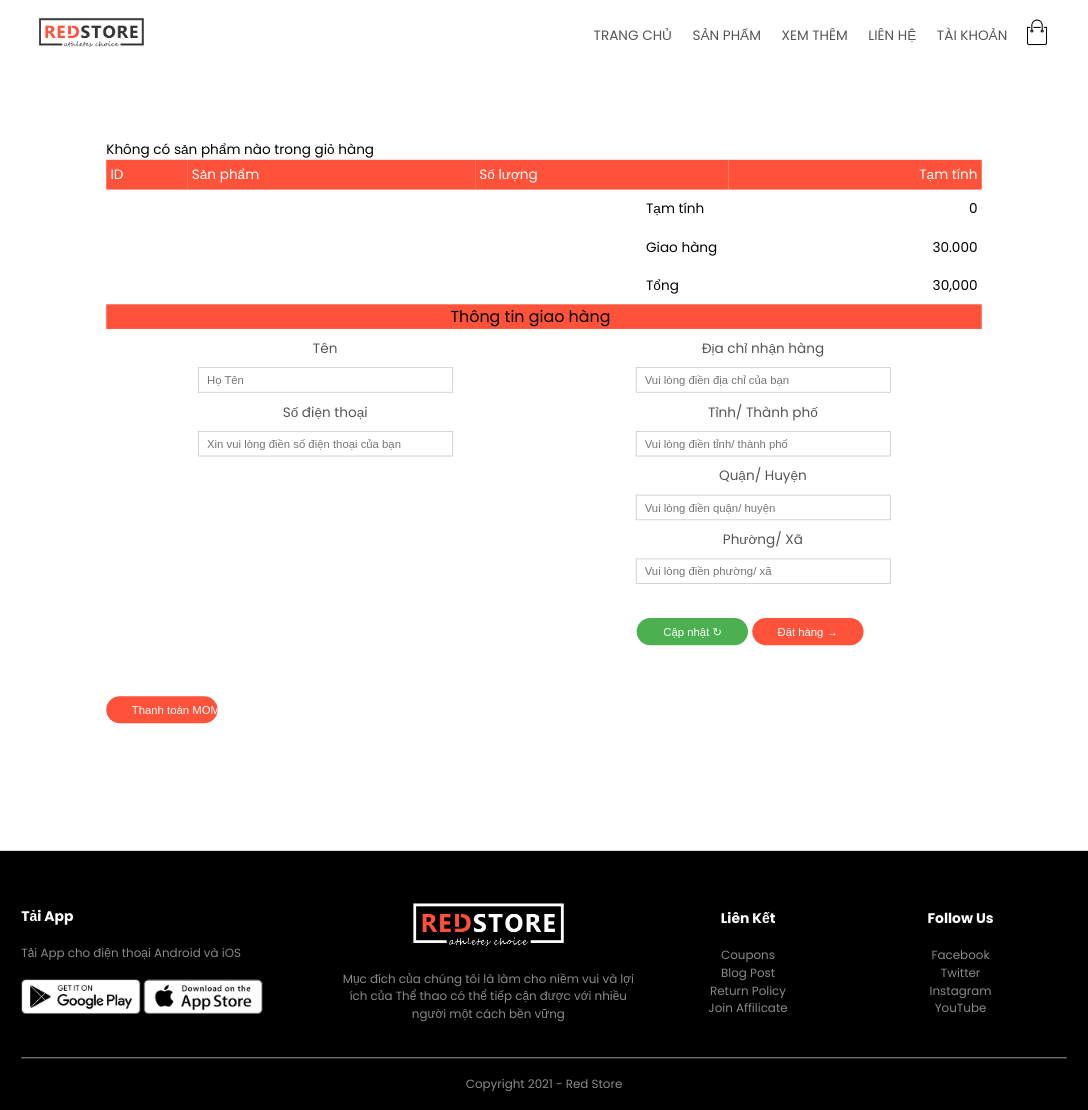
Repository: trongnk2001/RedStore
Page: http://localhost/RedStore/cart.php?action=submit
An editor plug-in stored every save of this project. The page is shown before and after the next save, followed by the edit.
The browser window is 1280 px wide. The pictures show the whole page, at 85% of full size.
Some web libraries are served in a nearby version. The page is run by PHP 8.4 with error messages shown; the project is at /var/www/html/.

Above is the page before, as saved 2022-05-30 10:25:36.

After the next save:
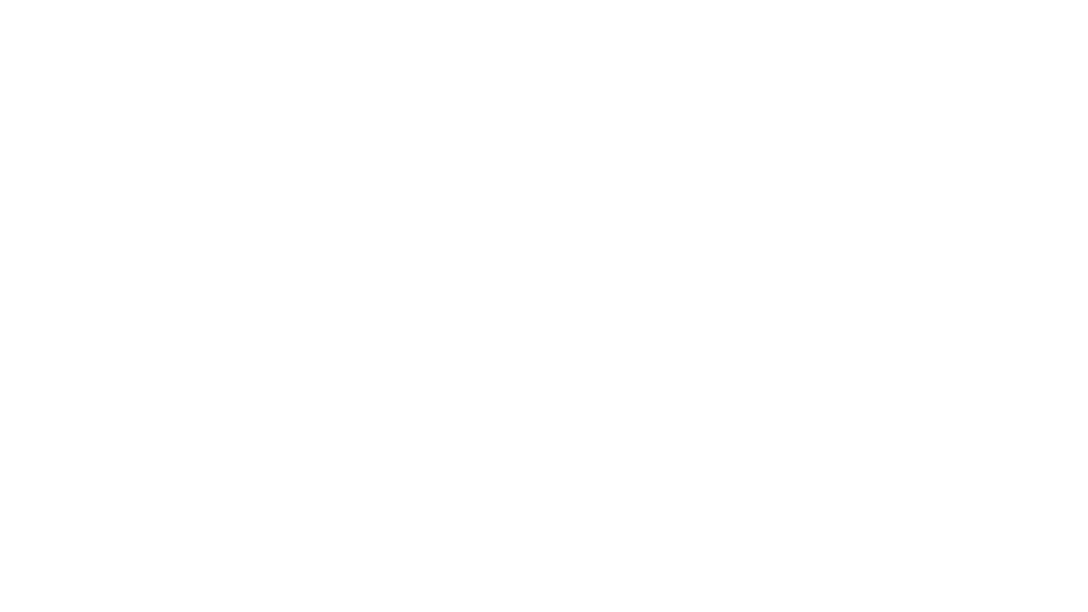
Saved 103 s later.
--- a/cart.php
+++ b/cart.php
@@ -43,7 +43,9 @@
                 $error = false;
                 $success = false;
                  if(isset($_GET['action'])){
-                     $id_post = $_POST['id'];
+                    for($i = 0;$i<count($_SESSION['cart']);$i++){
+                     $id_post = $_SESSION['cart'][$i]['id'];
+                     echo $id_post;
                      $name = $_POST['name'];
                      $address = $_POST['address'];
                      $city = $_POST['city'];
@@ -114,7 +116,7 @@
                             }
 
                 }}
-
+            }
 
             ?>
 <!DOCTYPE html>

After the 6 saves that followed:
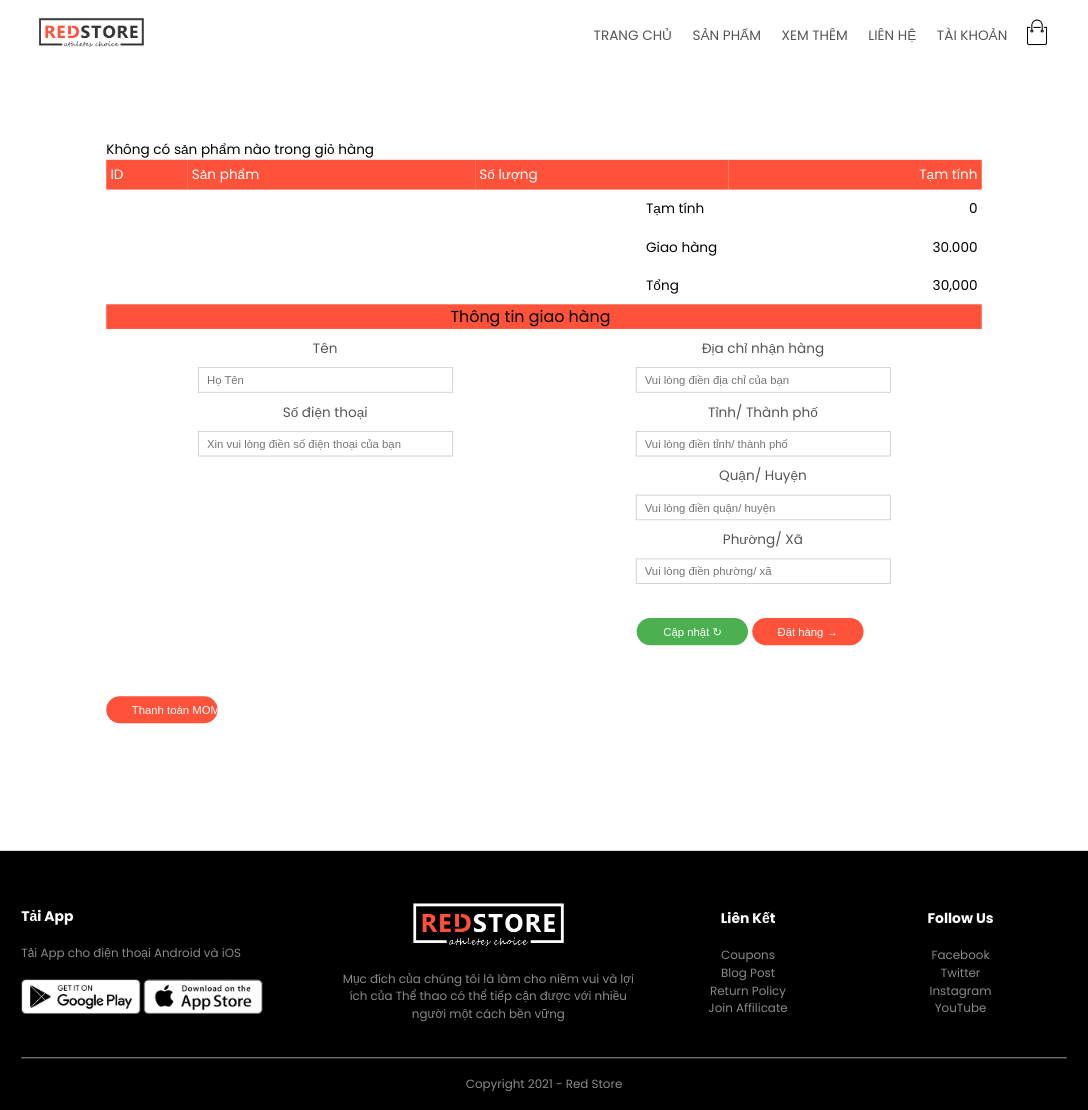
The 6 saves are shown as one change because 5 left the picture as it was.
The last was saved 5 min 3 s later.
--- a/cart.php
+++ b/cart.php
@@ -43,9 +43,6 @@
                 $error = false;
                 $success = false;
                  if(isset($_GET['action'])){
-                    for($i = 0;$i<count($_SESSION['cart']);$i++){
-                     $id_post = $_SESSION['cart'][$i]['id'];
-                     echo $id_post;
                      $name = $_POST['name'];
                      $address = $_POST['address'];
                      $city = $_POST['city'];
@@ -62,10 +59,11 @@
                                      // var_dump($_POST);
                                      // echo '</pre>';
                                 for($i = 0;$i<count($_SESSION['cart']);$i++){
-                                    echo '<pre>';
-                                    var_dump($_SESSION['cart'][$i]);
-                                    echo '</pre>';
-                                }
+                                    // echo '<pre>';
+                                    $id_post = $_SESSION['cart'][$i]['id'];
+                                    // var_dump($_SESSION['cart'][$i]);
+                                    // echo '</pre>';
+
                                 // // var_dump($_POST["name"]) ;
                                  if (empty($_POST['name'])) {
                                      $error = "Bạn chưa nhập tên của người nhận";
@@ -114,10 +112,8 @@
                                 }
                                 //  echo '<p style="text-align:center">'.$error.'</p>';
                             }
-
+                        }
                 }}
-            }
-
             ?>
 <!DOCTYPE html>
 <html lang="en">
